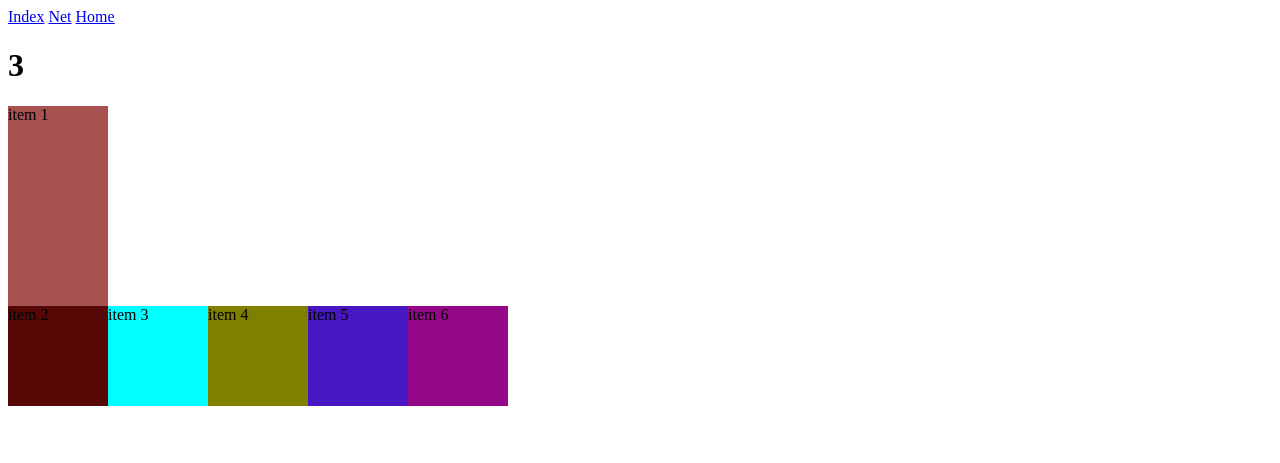
Repository: Nguyen-Toan-2004/du-an-test
Page: product.htm
An editor plug-in stored every save of this project. The page is shown before and after a run of saves, followed by the edit.
The browser window is 1280 px wide. The pictures show the whole page.

Above is the page before, as saved 2025-10-22 19:49:19.

### product.htm
<!DOCTYPE html>
<html lang="en">
  <head>
    <meta charset="UTF-8" />
    <meta name="viewport" content="width=device-width, initial-scale=1.0" />
    <title>Product</title>
  </head>
  <body>
    <a href="index.html">Index</a>
    <a href="net.htm">Net</a>
    <a href="home.html">Home</a>
    <h1>3</h1>
    <style>
      .container {
        display: grid;
        grid-template-columns: repeat(5, 100px);
        grid-template-rows: repeat(3, 100px);
      }
      .box {
        background: #b46464;
        display: flex;
        justify-content: center;
        align-items: center;
      }
      .box1{
        background: #a85151;
        grid-row-start: 1;
        grid-row-end: 3;
      }
      .box2{
        background: #580707;
        grid-column-start: 1;
      }
      .box3{
        background: aqua;
      }
      .box4{
        background: olive;
      }
      .box5{
        background: #4817c4;
      }
      .box6{
        background: #96088a;
      }
    </style>
    <div class="container">
      <div class="box1">item 1</div>
      <div class="box2">item 2</div>
      <div class="box3">item 3</div>
      <div class="box4">item 4</div>
      <div class="box5">item 5</div>
      <div class="box6">item 6</div>
    </div>
  </body>
</html>

After the next 8 saves:
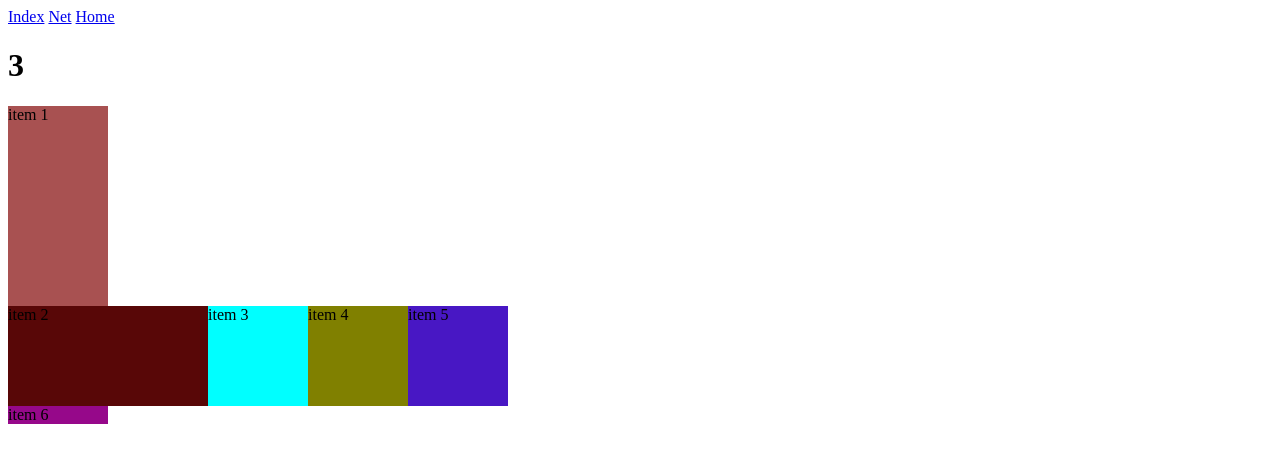
The 8 saves are shown as one change because they came seconds apart.
The last was saved 15 s later.
--- a/product.htm
+++ b/product.htm
@@ -30,6 +30,7 @@
       .box2{
         background: #580707;
         grid-column-start: 1;
+        grid-column-end: 3;
       }
       .box3{
         background: aqua;
